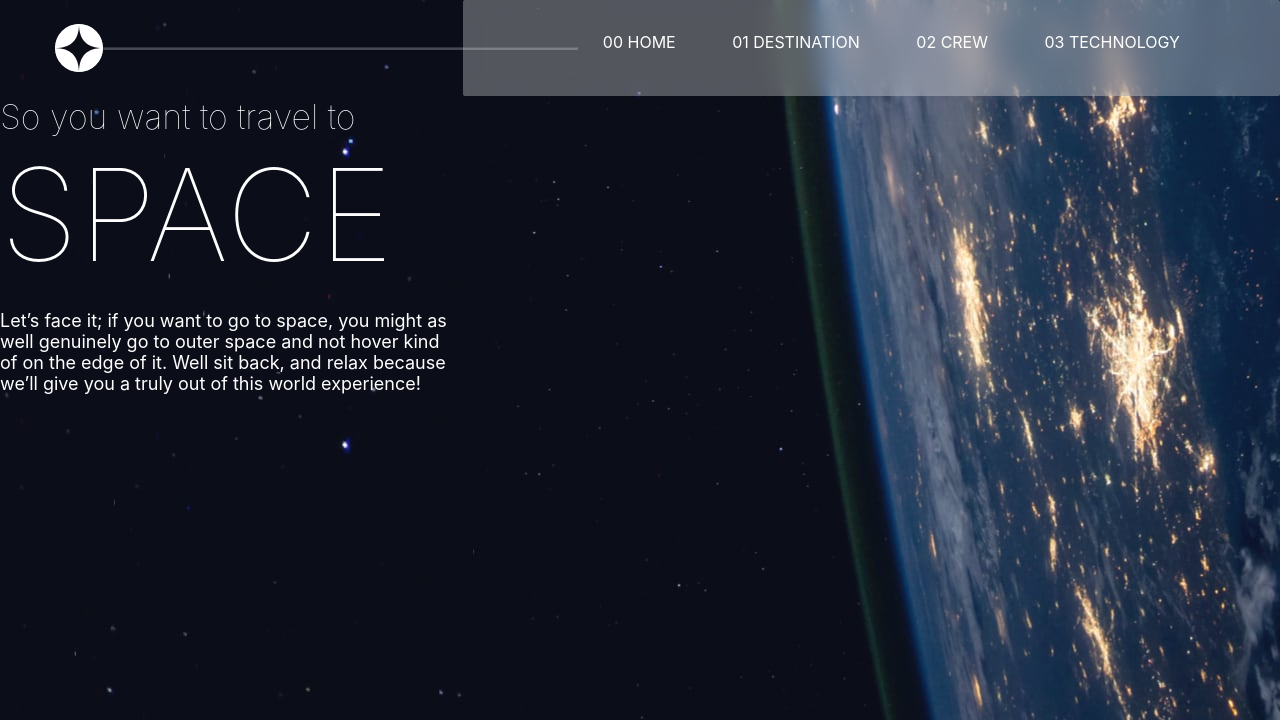
Repository: jhonenmanuel1/FrontEndMentor-MultiPageSpace
Page: /
An editor plug-in stored every save of this project. The page is shown before and after the next save, followed by the edit.
The browser window is 1280 px wide. The pictures show the whole page.
The project was rebuilt for these pictures with package versions that can differ from the ones it lists, and the page was loaded fresh each time.

Above is the page before, as saved 2022-06-21 16:39:47.

After the next save:
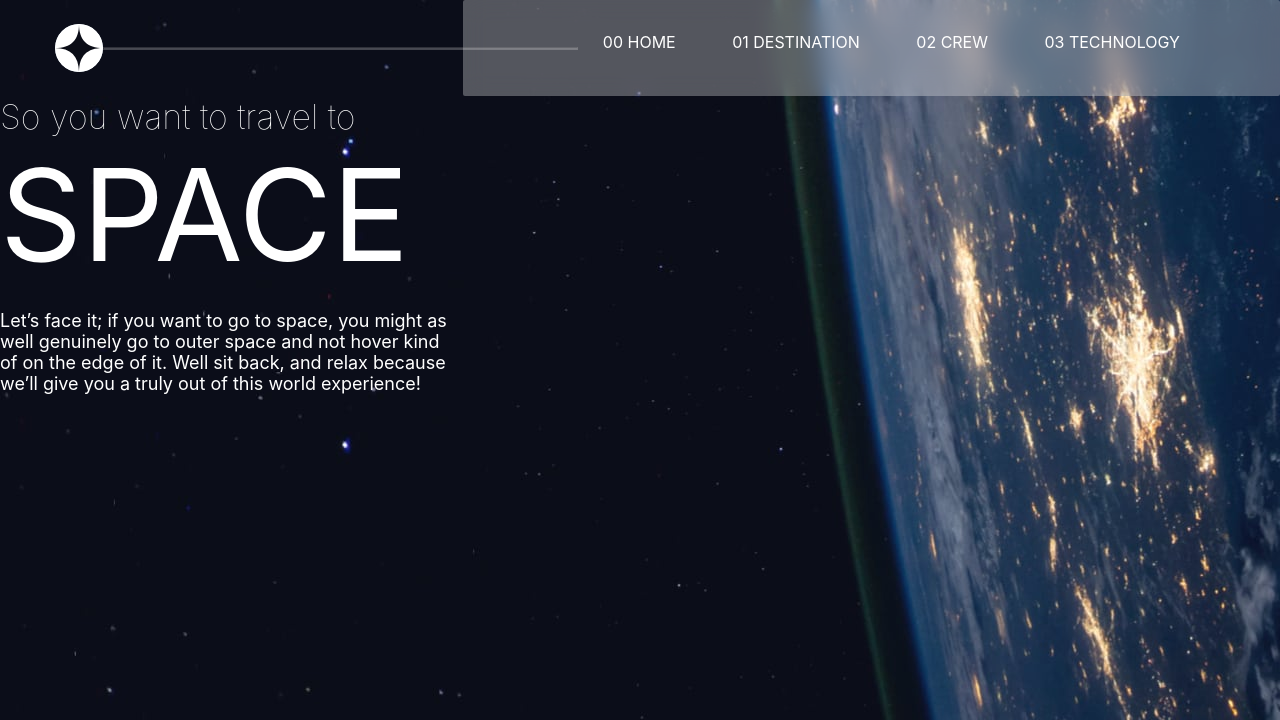
Saved 52 s later.
--- a/src/styles/homeview.module.css
+++ b/src/styles/homeview.module.css
@@ -15,7 +15,8 @@ body{
     margin: 0px;
 }
 .homeSpaceTargeth1{
-    font-weight: 3;
+    font-weight:
+    400;
     font-size: 128px;
     margin: 0px;
 }
